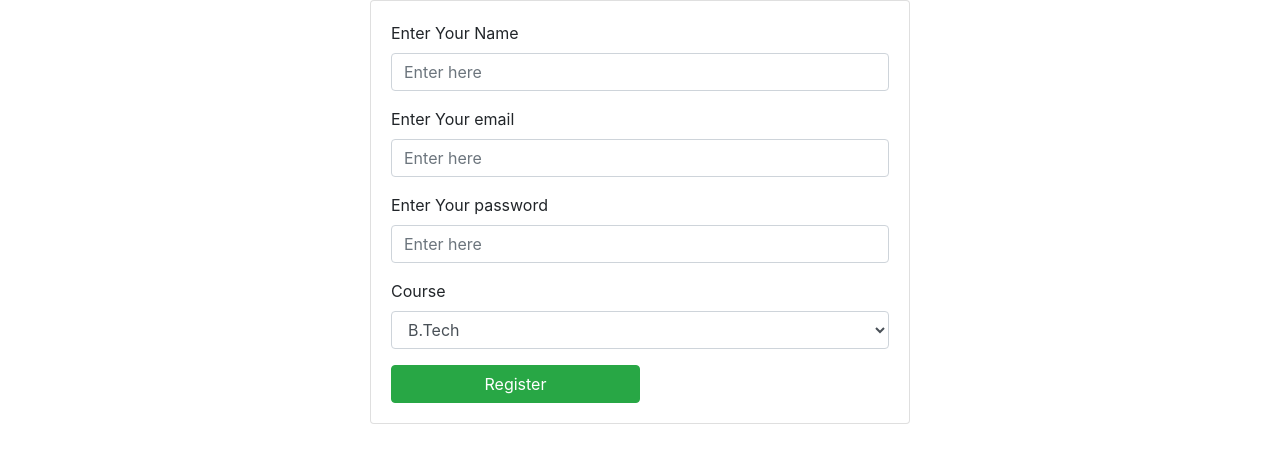
Repository: Hashim-Ansari-82/Servlet-And-JSP
Page: Submit-Form-App/src/main/webapp/index.html
An editor plug-in stored every save of this project. The page is shown before and after the next save, followed by the edit.
The browser window is 1280 px wide. The pictures show the whole page.
Some web libraries are served in a nearby version.

Above is the page before, as saved 2026-06-03 19:22:00.

### Submit-Form-App/src/main/webapp/index.html
<!DOCTYPE html>
<html>
<head>
<meta charset="UTF-8">
<title>Submit Form</title>
<link rel="stylesheet"
	href="https://cdn.jsdelivr.net/npm/bootstrap@4.0.0/dist/css/bootstrap.min.css"
	integrity="sha384-Gn5384xqQ1aoWXA+058RXPxPg6fy4IWvTNh0E263XmFcJlSAwiGgFAW/dAiS6JXm"
	crossorigin="anonymous">
</head>
<body>

	<div class="container">
		<div class="row">
			<div class="col-md-6 offset-md-3">
				<div class="card">
					<div class="card-body">
						<form action="register" method="post">
							<div class="form-group">
								<label>Enter Your Name</label> <input type="text"
									name="user_name" class="form-control" placeholder="Enter here">
							</div>
							<div class="form-group">
								<label>Enter Your email</label> <input type="text"
									name="email" class="form-control" placeholder="Enter here">
							</div>
							<div class="form-group">
								<label>Enter Your password</label> <input type="text"
									name="password" class="form-control" placeholder="Enter here">
							</div>
							<div class="form-group">
								<label>Course</label> <select class="form-control">
								<option>B.Tech</option>
								<option>M.Tech</option>
								<option>BCA</option>
								<option>MCA</option>
								<option>BSC IT</option>
								<option>MSC IT</option>
								</select>
							</div>
							<div>
							<button class="btn btn-success col-md-6">Register</button>
							</div>
						</form>
					</div>
				</div>
			</div>
		</div>
	</div>

	<script src="https://code.jquery.com/jquery-3.2.1.slim.min.js"
		integrity="sha384-KJ3o2DKtIkvYIK3UENzmM7KCkRr/rE9/Qpg6aAZGJwFDMVNA/GpGFF93hXpG5KkN"
		crossorigin="anonymous"></script>
	<script
		src="https://cdn.jsdelivr.net/npm/popper.js@1.12.9/dist/umd/popper.min.js"
		integrity="sha384-ApNbgh9B+Y1QKtv3Rn7W3mgPxhU9K/ScQsAP7hUibX39j7fakFPskvXusvfa0b4Q"
		crossorigin="anonymous"></script>
	<script
		src="https://cdn.jsdelivr.net/npm/bootstrap@4.0.0/dist/js/bootstrap.min.js"
		integrity="sha384-JZR6Spejh4U02d8jOt6vLEHfe/JQGiRRSQQxSfFWpi1MquVdAyjUar5+76PVCmYl"
		crossorigin="anonymous"></script>
</body>
</html>

After the next save:
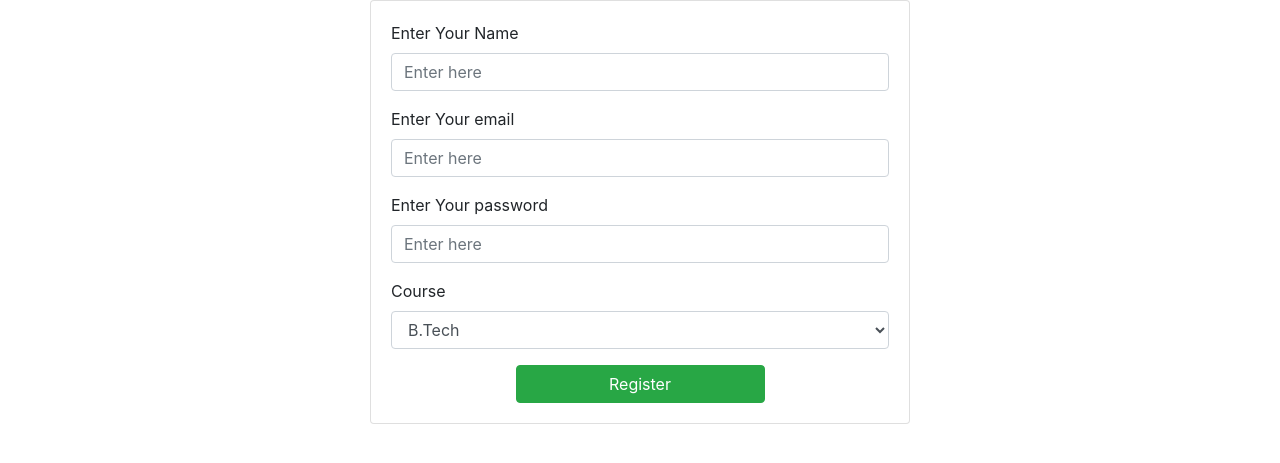
Saved 14 s later.
--- a/Submit-Form-App/src/main/webapp/index.html
+++ b/Submit-Form-App/src/main/webapp/index.html
@@ -38,7 +38,7 @@
 								<option>MSC IT</option>
 								</select>
 							</div>
-							<div>
+							<div class="text-center">
 							<button class="btn btn-success col-md-6">Register</button>
 							</div>
 						</form>
